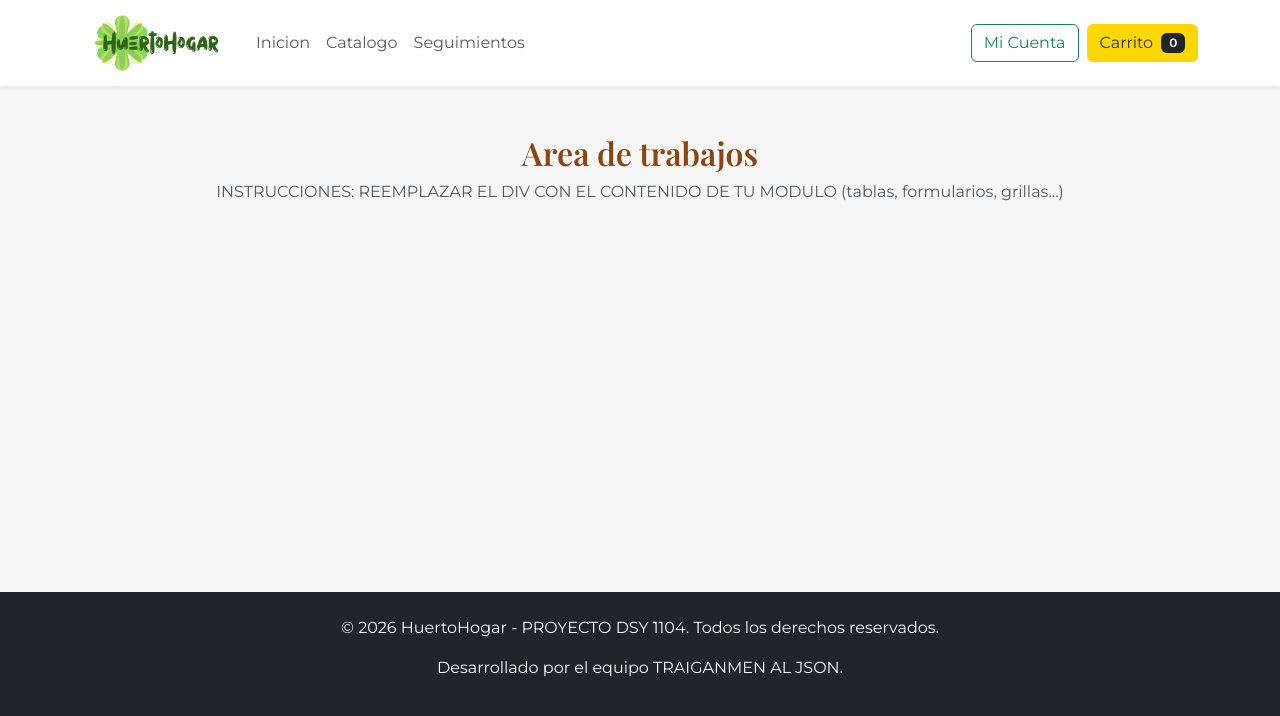
Repository: RottZen/Ev_1_Huerto_Hogar
Page: 7_comunes/plantilla.html
These files come from the project's save history. The page is drawn as it stood at one moment and after the next save; the edit follows.
The browser window is 1280 px wide. The pictures show the whole page.

Above is the page before, as saved 2026-09-08 02:37:54.

After the next save:
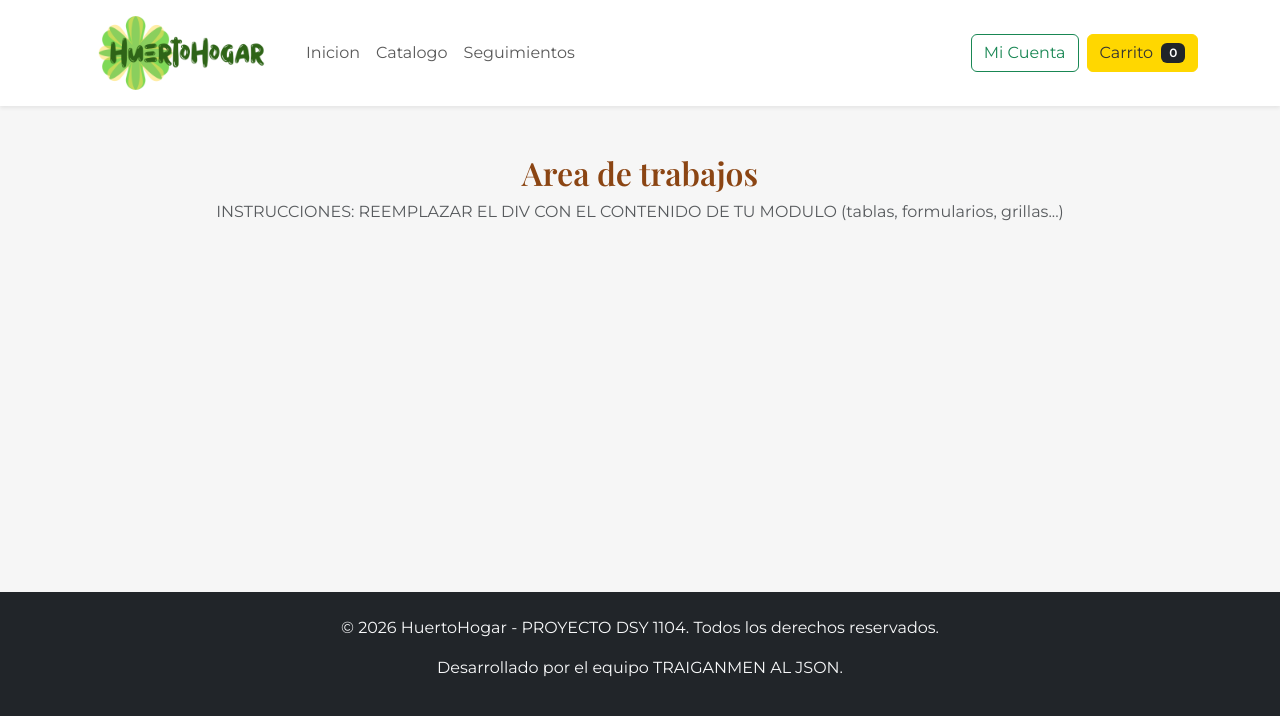
Saved 66 s later.
--- a/7_comunes/global.css
+++ b/7_comunes/global.css
@@ -12,7 +12,7 @@
 
 }
 .logo-header{
-    height: 60px;
+    height: 80px;
     width: auto;
     object-fit: contain;
 
